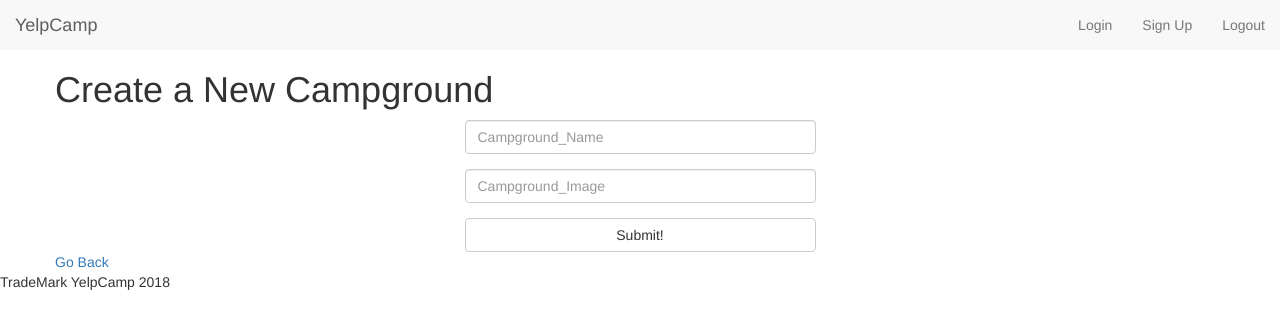
Repository: Kushagrakmr/c9backup
Page: http://localhost/campgrounds/new
The author's editor kept a record of every edit. The page is drawn from the files as they stood at one moment, then again after the next edit.
The browser window is 1280 px wide. The pictures show the whole page.
The page is served by the project's Node server (YelpCamp/v1/app.js).

Above is the page before.

### YelpCamp/v1/views/new.ejs
<% include partials/header %>

 <div class="container" >
  <div class="row">
   <h1>Create a New Campground</h1>
   <div style= "width:30%; margin: 0 auto;">
    <form action = "/campgrounds" method= "POST">
     <div class="form-group">
       <input class = "form-control" type = "text" name="name" placeholder = "Campground_Name">
     </div>
     <div class="form-group">
     </div>
     <div class="form-group">
       <input class= "form-control" type = "text" name="image" placeholder = "Campground_Image">
     </div>
       <button class="btn btn-ld btn-default btn-block">Submit!</button>
    </form>
   </div>

   <a href="/campgrounds">Go Back</a>
  </div>
 </div>


 <% include partials/footer %>

### YelpCamp/v1/views/partials/header.ejs
<!DOCTYPE html>
<html>
    <head>
        <title>Yelp Camp</title>
        <link rel="stylesheet" href= "https://stackpath.bootstrapcdn.com/bootstrap/3.3.5/css/bootstrap.min.css">
    </head>
    <body>

<nav class="nav navbar-default">
     <div class = "conatainer-fluid">
         <div class-"navbar-header">
             <a class= "navbar-brand" href= "/">YelpCamp</a>
         </div>
         <div class="collapse navbar-collapse">
             <ul class = " nav navbar-nav navbar-right">
                 <li><a href="/">Login</a></li>
                 <li><a href="/">Sign Up</a></li>
                 <li><a href="/">Logout</a></li>

             </ul>
         </div>
     </div>
 </nav>

### YelpCamp/v1/views/partials/footer.ejs
       <p> TradeMark YelpCamp 2018</p>
    </body>
</html>

### YelpCamp/v1/app.js
var express = require("express");
var app = express();
var bodyParser = require("body-parser");

app.use(bodyParser.urlencoded({extended : true}));
app.set("view engine", "ejs");

var campgrounds = [
        {name: "Laddakh", image: "https://c1.staticflickr.com/1/231/446876174_e15ca57e05_o.jpg"},
        {name: "Sikkim",  image: "https://c2.staticflickr.com/6/5581/14860971851_4362334b72_b.jpg"},
        {name: "Minnisota", image: "https://c2.staticflickr.com/4/3915/15158046300_56b40456af_b.jpg"},
        {name: "Hills",  image: "https://c2.staticflickr.com/6/5581/14860971851_4362334b72_b.jpg"},
        {name: "Mountains", image: "https://c2.staticflickr.com/4/3915/15158046300_56b40456af_b.jpg"},
        {name: "Valley", image: "https://c1.staticflickr.com/1/231/446876174_e15ca57e05_o.jpg"},
        {name: "Darzeeling", image: "https://c2.staticflickr.com/4/3915/15158046300_56b40456af_b.jpg"},
        {name: "Nepal",  image: "https://c2.staticflickr.com/6/5581/14860971851_4362334b72_b.jpg"},
        {name: "Laddakh", image: "https://c1.staticflickr.com/1/231/446876174_e15ca57e05_o.jpg"},
        {name: "Sikkim",  image: "https://c2.staticflickr.com/6/5581/14860971851_4362334b72_b.jpg"},
        {name: "Darzeeling", image: "https://c2.staticflickr.com/4/3915/15158046300_56b40456af_b.jpg"},
        {name: "Sikkim",  image: "https://c2.staticflickr.com/6/5581/14860971851_4362334b72_b.jpg"},
        {name: "Darzeeling", image: "https://c2.staticflickr.com/4/3915/15158046300_56b40456af_b.jpg"},
        {name: "Darzeeling", image: "https://c2.staticflickr.com/4/3915/15158046300_56b40456af_b.jpg"}
    ];

app.get("/",function(request, response){
    response.render("landing");
});

app.get("/campgrounds",function(request, response){


    response.render("campgrounds",{campgrounds_app:campgrounds});
});

app.post("/campgrounds",function(request, response){
    //get data from form and add to the array
    var name = request.body.name;
    var image = request.body.image;
    var newCampground = {name: name, image:image};
    campgrounds.push(newCampground);
    //redirect
    response.redirect("/campgrounds")
});

app.get("/campgrounds/new", function(request, response) {
    response.render("new.ejs");
});


app.listen(process.env.PORT, process.env.IP, function(){
    console.log("The Yelp Camp Server Has Started");
});

After the next edit:
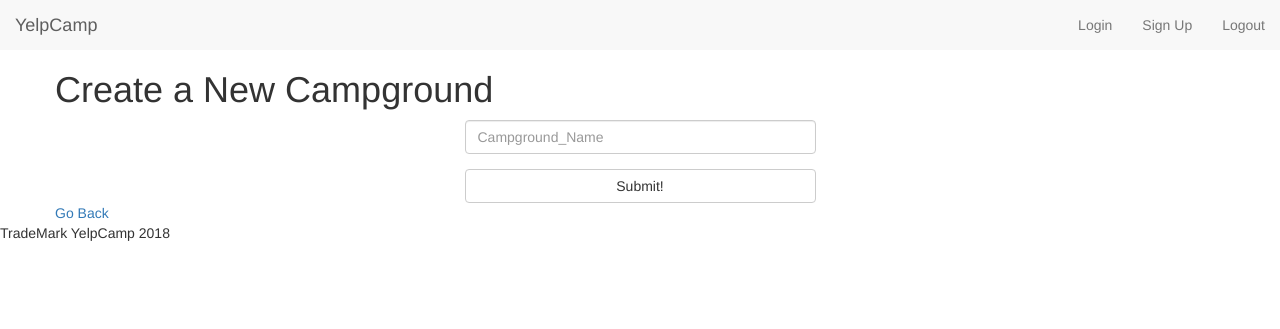
The edit:
--- a/YelpCamp/v1/views/new.ejs
+++ b/YelpCamp/v1/views/new.ejs
@@ -11,7 +11,6 @@
      <div class="form-group">
      </div>
      <div class="form-group">
-       <input class= "form-control" type = "text" name="image" placeholder = "Campground_Image">
      </div>
        <button class="btn btn-ld btn-default btn-block">Submit!</button>
     </form>

After the edit that followed:
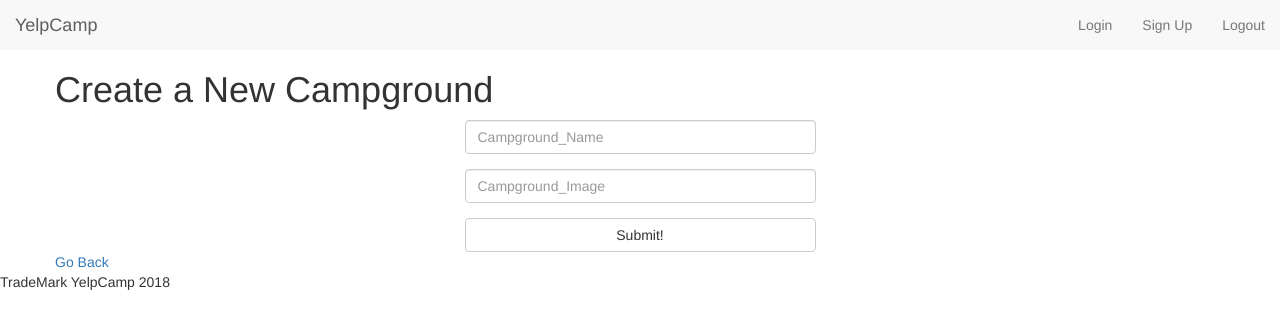
The edit:
--- a/YelpCamp/v1/views/new.ejs
+++ b/YelpCamp/v1/views/new.ejs
@@ -9,6 +9,7 @@
        <input class = "form-control" type = "text" name="name" placeholder = "Campground_Name">
      </div>
      <div class="form-group">
+       <input class= "form-control" type = "text" name="image" placeholder = "Campground_Image">
      </div>
      <div class="form-group">
      </div>
